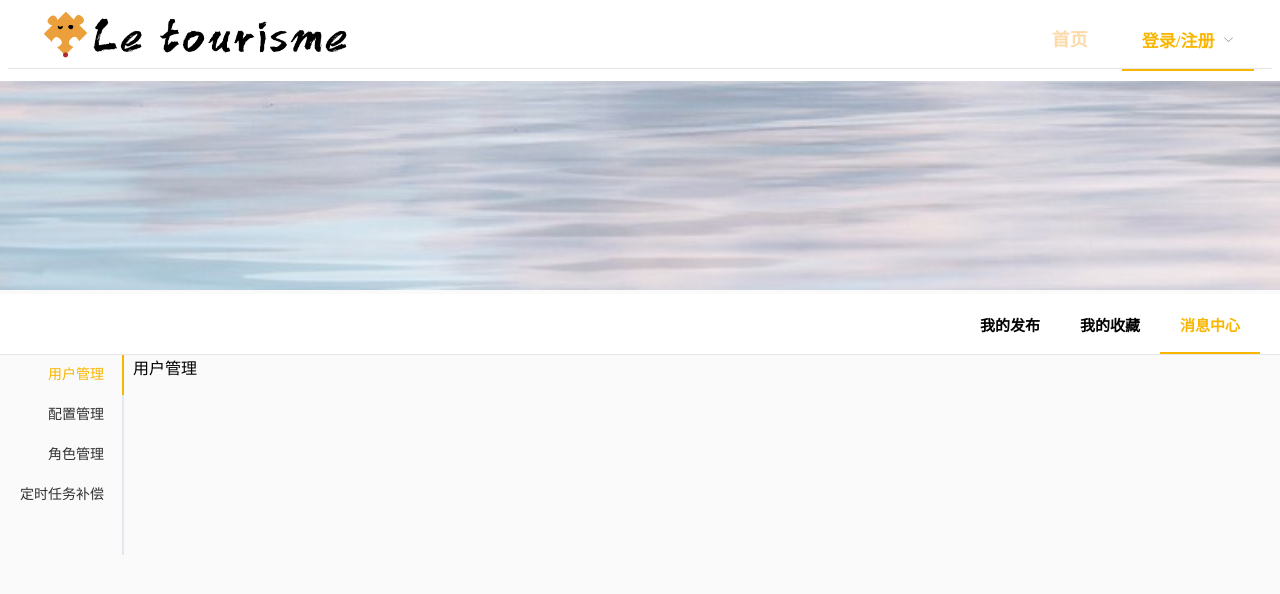
Repository: linxuerou0129/2020.08.31
Page: /Message
The author's editor kept a copy of each file at every save. The page is drawn from the files as they stood at one save, then again after the next save.
The browser window is 1280 px wide. The pictures show the whole page.
The page's requests for data from a server got no answer. The project was rebuilt for these pictures with package versions that can differ from the ones it lists, and the page was loaded fresh each time. No one was signed in, and anything a server would have sent is missing. Also part of the build but not shown: src/views/Home.vue.

Above is the page before, as saved 2020-08-29 22:45:19.

After the next save:
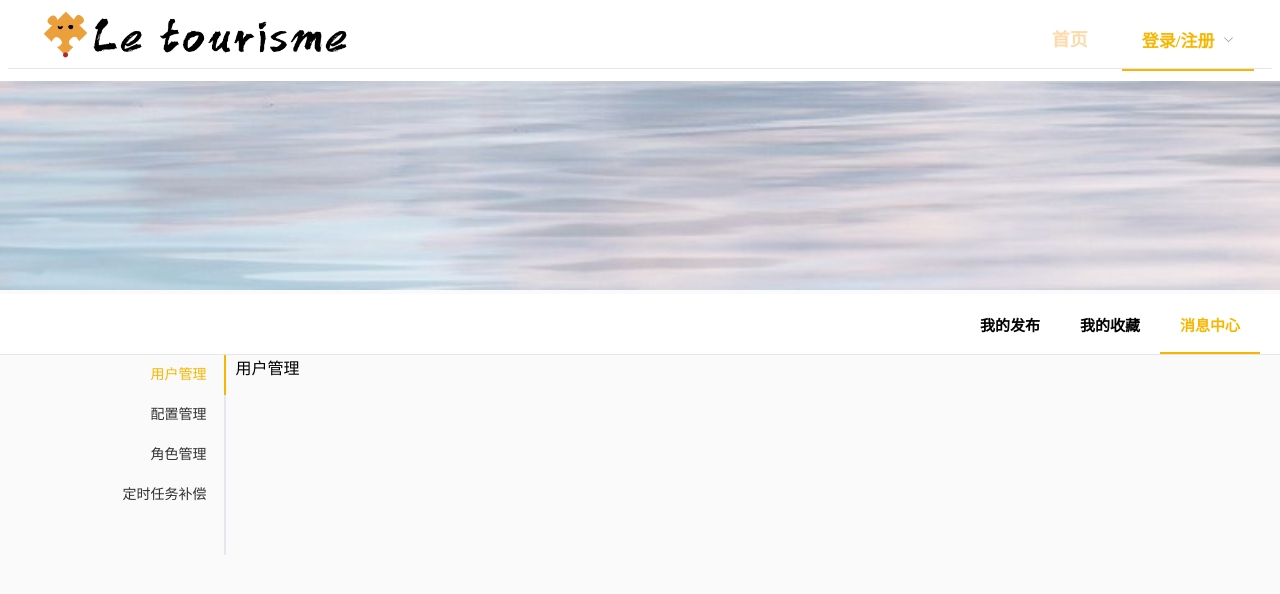
Saved 22 s later.
--- a/src/views/Message.vue
+++ b/src/views/Message.vue
@@ -14,7 +14,7 @@
         <el-menu-item index="/Message" class="head1"><strong>消息中心</strong></el-menu-item>
     </el-menu>
     <div class="body">
-        <el-tabs tab-position="left" style="height: 200px;width:84%">
+        <el-tabs tab-position="left" style="height: 200px;width:84%;margin-left:8%">
             <el-tab-pane label="用户管理">用户管理</el-tab-pane>
             <el-tab-pane label="配置管理">配置管理</el-tab-pane>
             <el-tab-pane label="角色管理">角色管理</el-tab-pane>
